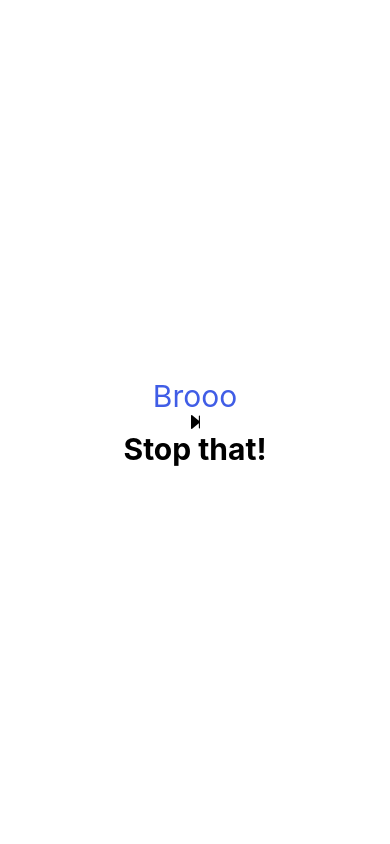
Repository: fshmasterflex/InstaLilly
Screen: /
An editor plug-in stored every save of this project. The screen is shown before and after the next save, followed by the edit.
The app was drawn by React Native's web renderer in a window 390 px wide. The project was rebuilt for these pictures with package versions that can differ from the ones it lists, and the page was loaded fresh each time.

Above is the screen before, as saved 2022-10-31 19:47:00.

### App.tsx
import {View, Text} from 'react-native';
import colors from './src/theme/colors';
import font from './src/theme/fonts';
import AntDesign from 'react-native-vector-icons/AntDesign';

const App = () => {
  return (
    <View style={{flex: 1, alignItems: 'center', justifyContent: 'center'}}>
      <Text style={{color: colors.primary, fontSize: font.size.xxlg}}>
        Brooo
      </Text>
      <AntDesign name="stepforward" size={16} />
      <Text
        style={{
          color: colors.black,
          fontWeight: font.weight.bold,
          fontSize: font.size.xxlg,
        }}>
        Stop that!
      </Text>
    </View>
  );
};

export default App;

### src/theme/colors.ts
const colors = {
    primary: '#405DE6',
    white: '#fff',
    black: '#000',
    grey: '#666666',
    lightgrey: '#cccccc',
}
export default colors;

### src/theme/fonts.ts
const size = {
    xs: 10,
    s: 12,
    default: 14,
    md: 16,
    lg: 20,
    xlg: 24,
    xxlg: 30,
};
const weight = {
    full: '900',
    semi: '600',
    bold: 'bold',
    normal: 'normal',
    thin: '400',
}
export default {size, weight};

After the next save:
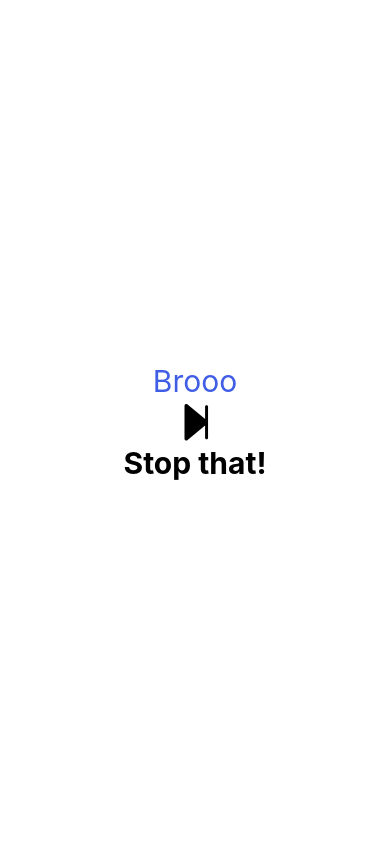
Saved 14 s later.
--- a/App.tsx
+++ b/App.tsx
@@ -9,7 +9,7 @@ const App = () => {
       <Text style={{color: colors.primary, fontSize: font.size.xxlg}}>
         Brooo
       </Text>
-      <AntDesign name="stepforward" size={16} />
+      <AntDesign name="stepforward" size={42} />
       <Text
         style={{
           color: colors.black,
